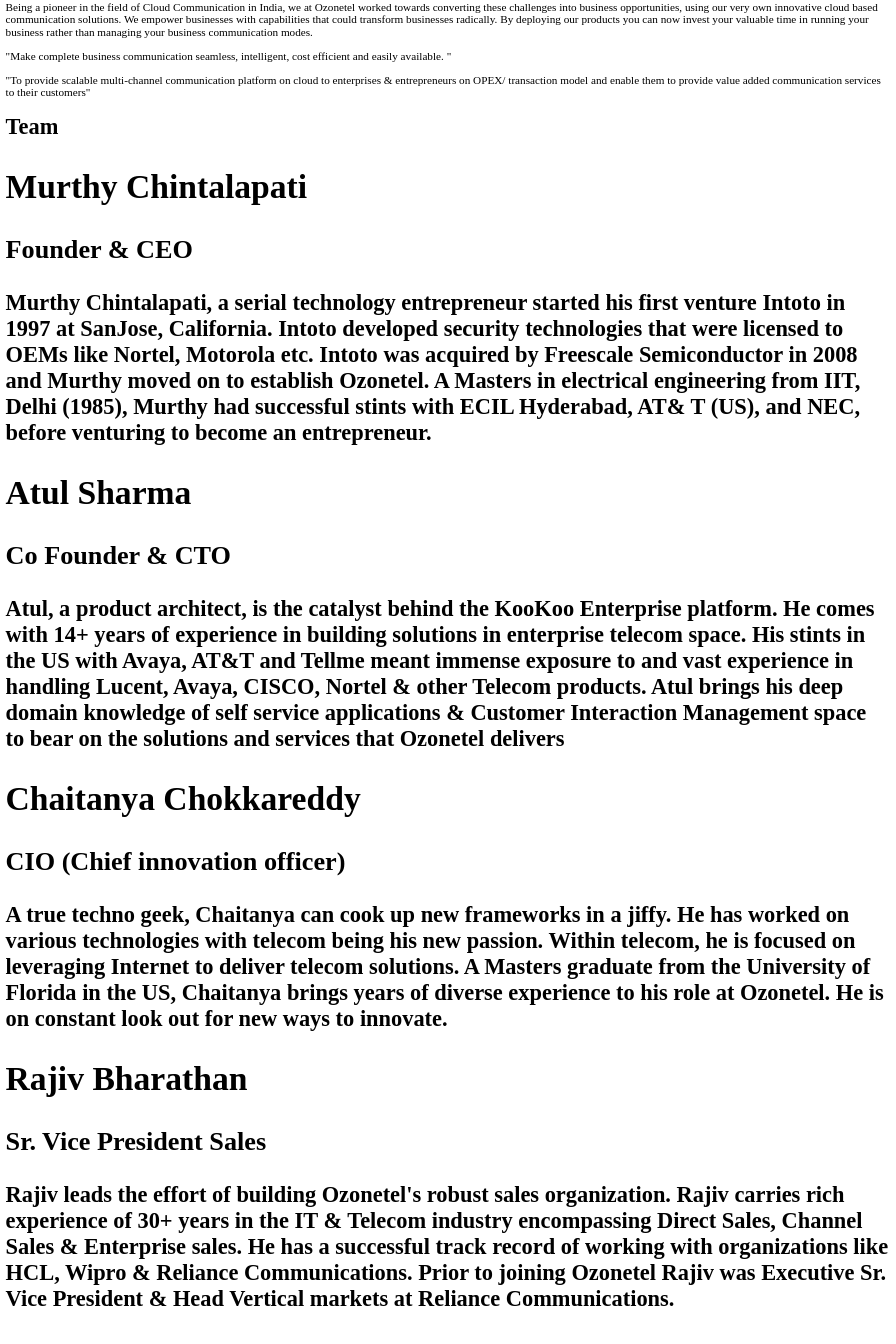
Repository: ashutosh238/ozonetelblogsite
Page: OzonetelBlogSiteFrontEnd/Web/c_aboutUs/AboutUs.html
These files come from the project's save history. The page is drawn as it stood at one moment and after the next save; the edit follows.
The browser window is 1280 px wide. The pictures show the part of the page from y = 568 to 2488 px (the page is 4205 px tall before and 3935 px after), at 70% of full size.

Above is the page before, as saved 2019-01-08 11:27:41.

### OzonetelBlogSiteFrontEnd/Web/c_aboutUs/AboutUs.html
<div id="slider">
		<div class="container">
			<div class="row header">
				<div class="col-md-12">
				<h3>Ozonetel Systems</h3>
				<br>
				<br><br><br>
				<br><br>
					<div>
						Leading provider of cloud communication services providing contact center solutions, IVR solutions and Missed call services
					</div>

				</div>
			</div>
			<div id="info">
				<div class="row stats">
					<div class="col-sm-2">
						<strong>1000+</strong><br/>
						customers
					</div>
					<div class="col-sm-2">
						<strong>4000+</strong><br/>
						developers on KooKoo
					</div>
					<div class="col-sm-2">
						<strong>2 Billion</strong><br/>
						Calls
					</div>
					<div class="col-sm-2">
						<strong>226</strong><br/>
						Telecom Operator Connections
					</div>
					<div class="col-sm-2">
						<strong>4 billion</strong>
						 Total Addressable Connections
					</div>
					<div class="col-sm-2">
						<strong>150+</strong>
						<br/>Countries covered</div>
				</div>
			</div>

	<div id="info">
		<div class="container">
			<div class="row">
				<div class="col-md-6">
					<h1>Company</h1>
				</div>
				<div class="col-md-6">
					<h2>Vision/Mission</h2>
				</div>
			</div>
			<div class="row">
				<div class="col-md-6">
					<p>
						Ozonetel Systems is a pioneer and a leading provider of on-demand cloud communication services in India.
						In today's scenario, businesses tend to lose out on tapping the opportunities that come knocking their
						way unintentionally (Most common being missing an In-bound enquiry/lead),
						either due to lack of time or manpower or due to the inherent inefficiency of the current
						communication set up.This means a loss of business.
					</p>
					<p>
						Being a pioneer in the field of Cloud Communication in India,
						we at Ozonetel worked towards converting these challenges into business opportunities,
						using our very own innovative cloud based communication solutions.
						We empower businesses with capabilities that could transform businesses radically.
						By deploying our products you can now invest your valuable time in running your business rather
						than managing your business communication modes.
					</p>
				</div>
				<div class="col-md-6">
					<!--<p>Vision</p>-->
					<p>
						"Make complete business communication seamless,
 intelligent, cost efficient and easily available.
"
					</p>
					<!--<p>Mission</p>-->
					<p>"To provide scalable multi-channel
						communication platform on cloud to
						enterprises &
						entrepreneurs on OPEX/
						transaction model and enable
						them to provide value
						added communication services to their
						customers"
					</p>
				</div>
			</div>
			<h1>Team</h>

		<div id="info">
		<div class="container">
			<div class="row">
				<div class="col-md-6">
					<h2>Murthy Chintalapati</h1>
					<h3>Founder & CEO</h3>
					<p>Murthy Chintalapati, a serial technology entrepreneur started his first venture Intoto in 1997 at
						SanJose, California. Intoto developed security technologies that were licensed to OEMs like Nortel, Motorola etc.
						Intoto was acquired by Freescale Semiconductor in 2008 and Murthy moved on to establish Ozonetel.
						A Masters in electrical engineering from IIT, Delhi (1985), Murthy had successful stints with ECIL Hyderabad,
						AT& T (US), and NEC, before venturing to become an entrepreneur.</p>
				</div>
				<div class="col-md-6">
					<h2>Atul Sharma</h2>
					<h3>Co Founder & CTO</h3>
					<p>	Atul, a product architect, is the catalyst behind the KooKoo Enterprise platform.
						He comes with 14+ years of experience in building solutions in enterprise telecom space.
						His stints in the US with Avaya, AT&T and Tellme meant immense exposure to and vast experience
						in handling Lucent, Avaya, CISCO, Nortel & other Telecom products.
						Atul brings his deep domain knowledge of self service applications & Customer Interaction Management
						space to bear on the solutions and services that Ozonetel delivers
					</p>
				</div>
				<div class="col-md-6">
					<h2>Chaitanya Chokkareddy</h2>
					<h3>CIO (Chief innovation officer)</h3>
					<p>A true techno geek, Chaitanya can cook up new frameworks in a jiffy.
						He has worked on various technologies with telecom being his new passion.
						Within telecom, he is focused on leveraging Internet to deliver telecom solutions.
						A Masters graduate from the University of Florida in the US, Chaitanya brings years of diverse experience to
						his role at Ozonetel.
						He is on constant look out for new ways to innovate.</p>
				</div>
				<div class="col-md-6">
					<h2>Rajiv Bharathan</h2>
					<h3>Sr. Vice President Sales</h3>
					<p>Rajiv leads the effort of building Ozonetel's robust sales organization.
						Rajiv carries rich experience of 30+ years in the IT & Telecom industry encompassing Direct Sales,
						Channel Sales & Enterprise sales. He has a successful track record of working with organizations
						like HCL, Wipro & Reliance Communications. Prior to joining Ozonetel Rajiv was Executive
						Sr. Vice President & Head Vertical markets at Reliance Communications.
				</p>
				</div>
				</div>
				</div></div>

			<div class="col-md-6 team-row">
					<div class="col-md-6">
						<h2>Team</h2>
					</div>
					<div class="col-md-6">
						<p><h4 class="text-primary">Murthy Chintalapati</h4>
						<h5 class="text-primary">Founder & CEO</h5>

					</div></p>

						<h4 class="text-primary">Atul Sharma</h4>
						<h5 class="text-primary">Co Founder & CTO</h5>

					<div class="col-md-6">
						<h4 class="text-primary">Chaitanya Chokkareddy</h4>
						<h5 class="text-primary">CIO (Chief innovation officer)</h5>

					</div>
					<div class="col-md-6">
						<h4 class="text-primary">Rajiv Bharathan</h4>
						<h5 class="text-primary">Sr. Vice President Sales</h5>

					</div>
					<div class="col-md-6">
						<h4 class="text-primary">Anurag Banerjee</h4>
						<h5 class="text-primary">CGO (Chief Growth Officer)</h5>
						Anurag Banerjee serves as the Growth guy at Ozonetel. His past includes scaling multiple startups to double digit millions in revenue and raising more than $30MM in venture capital.<br/>This came after a decade at American Express in New York, in various global leadership positions across the business, mostly running customer loyalty and big data businesses.  Supported by high performing teams,  Anurag's businesses contributed more than 20BB in top line growth.
					</div>
				</div>




	<div id="info">
		<div class="container">
			<div class="row">
					<div class="col-md-12">
						<h1>Why Us</h1>
					</div>
			</div>
			<div class="row">
				<div class="col-md-12">
						<ul>
							<li>Experience in managing customer communications at scale</li>
							<li>Handling 10 million calls everyday</li>
							<li>Zero hardware installation and absolute mobility</li>
							<li>Zero setup cost</li>
							<li>Reduced Operational Cost</li>
							<li>Maximum uptime with multi-location call routing</li>
							<li>Dynamic Capacity Planning</li>
							<li>Facilitates distributed regional operation</li>
							<li>Call treatment in regional languages with regional context</li>
						</ul>
				</div>
			</div>
		</div>
	</div>

	<div id="footer">
		<div class="container">
			<div class="row">
				<div class="col-sm-3 copyright">
					Ozonetel Systems Pvt Ltd 2014
				</div>

				</div>
			</div>
		</div>
	</div>

After the next save:
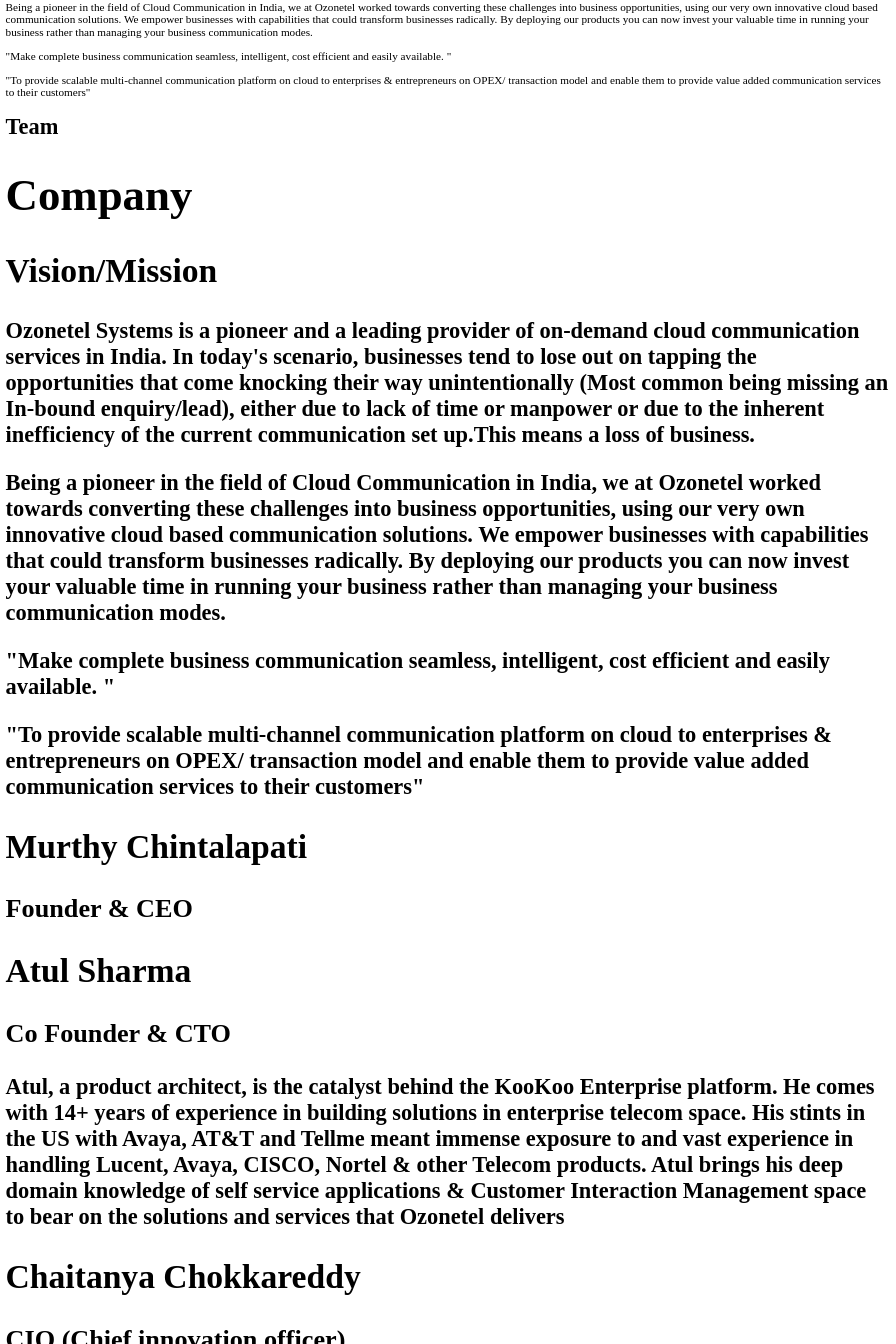
Saved 3 min 27 s later.
--- a/OzonetelBlogSiteFrontEnd/Web/c_aboutUs/AboutUs.html
+++ b/OzonetelBlogSiteFrontEnd/Web/c_aboutUs/AboutUs.html
@@ -88,6 +88,53 @@
 				</div>
 			</div>
 			<h1>Team</h>
+			<div id="info">
+		<div class="container">
+			<div class="row">
+				<div class="col-md-6">
+					<h1>Company</h1>
+				</div>
+				<div class="col-md-6">
+					<h2>Vision/Mission</h2>
+				</div>
+			</div>
+			<div class="row">
+				<div class="col-md-6">
+					<p>
+						Ozonetel Systems is a pioneer and a leading provider of on-demand cloud communication services in India.
+						In today's scenario, businesses tend to lose out on tapping the opportunities that come knocking their
+						way unintentionally (Most common being missing an In-bound enquiry/lead),
+						either due to lack of time or manpower or due to the inherent inefficiency of the current
+						communication set up.This means a loss of business.
+					</p>
+					<p>
+						Being a pioneer in the field of Cloud Communication in India,
+						we at Ozonetel worked towards converting these challenges into business opportunities,
+						using our very own innovative cloud based communication solutions.
+						We empower businesses with capabilities that could transform businesses radically.
+						By deploying our products you can now invest your valuable time in running your business rather
+						than managing your business communication modes.
+					</p>
+				</div>
+				<div class="col-md-6">
+					<!--<p>Vision</p>-->
+					<p>
+						"Make complete business communication seamless,
+ intelligent, cost efficient and easily available.
+"
+					</p>
+					<!--<p>Mission</p>-->
+					<p>"To provide scalable multi-channel
+						communication platform on cloud to
+						enterprises &
+						entrepreneurs on OPEX/
+						transaction model and enable
+						them to provide value
+						added communication services to their
+						customers"
+					</p>
+				</div>
+			</div>
 
 		<div id="info">
 		<div class="container">
@@ -95,11 +142,7 @@
 				<div class="col-md-6">
 					<h2>Murthy Chintalapati</h1>
 					<h3>Founder & CEO</h3>
-					<p>Murthy Chintalapati, a serial technology entrepreneur started his first venture Intoto in 1997 at
-						SanJose, California. Intoto developed security technologies that were licensed to OEMs like Nortel, Motorola etc.
-						Intoto was acquired by Freescale Semiconductor in 2008 and Murthy moved on to establish Ozonetel.
-						A Masters in electrical engineering from IIT, Delhi (1985), Murthy had successful stints with ECIL Hyderabad,
-						AT& T (US), and NEC, before venturing to become an entrepreneur.</p>
+					<p></p>
 				</div>
 				<div class="col-md-6">
 					<h2>Atul Sharma</h2>
@@ -112,6 +155,10 @@
 						space to bear on the solutions and services that Ozonetel delivers
 					</p>
 				</div>
+				</div>
+				</div>
+				</div>
+
 				<div class="col-md-6">
 					<h2>Chaitanya Chokkareddy</h2>
 					<h3>CIO (Chief innovation officer)</h3>
